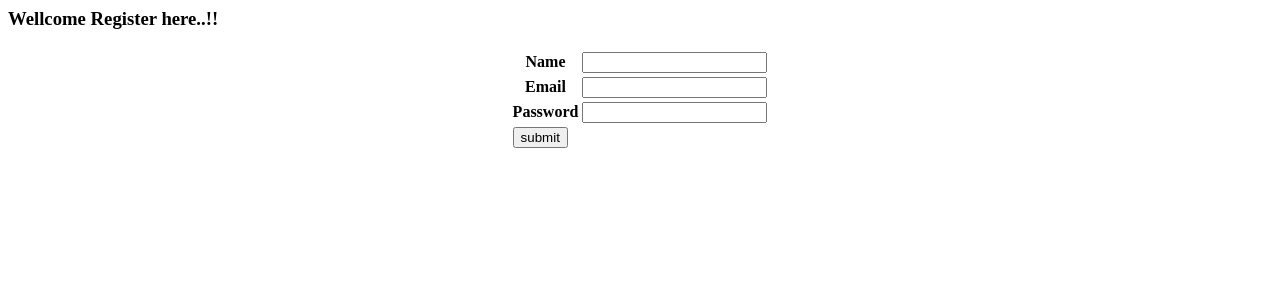
Repository: Yogesh12P/BridgeLabzJava
Page: http://localhost/LoginFormUsingSpringMvc/registerPage
The author's editor kept a copy of each file at every save. The page is drawn from the files as they stood at one save, then again after the next save.
The browser window is 1280 px wide. The pictures show the whole page.
The page is served by Tomcat 9.

Above is the page before, as saved 2017-11-15 05:20:02.

After the next save:
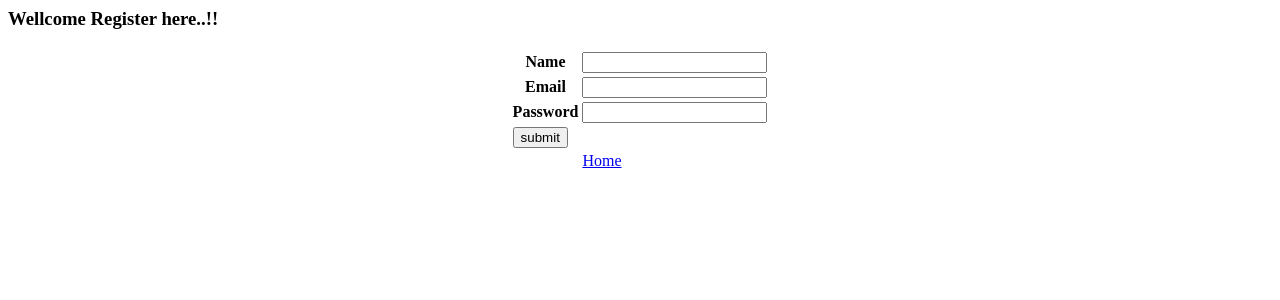
Saved 17 s later.
--- a/LoginFormUsingSpringMvc/src/main/webapp/registration.jsp
+++ b/LoginFormUsingSpringMvc/src/main/webapp/registration.jsp
@@ -61,6 +61,10 @@
  		<tr>
  			<td><input type="submit" value="submit"></td>
  		</tr>
+ 		<tr>
+				<td></td>
+				<td><a href="home.jsp">Home</a></td>
+			</tr>
  	</table>
  </form>
 </body>
